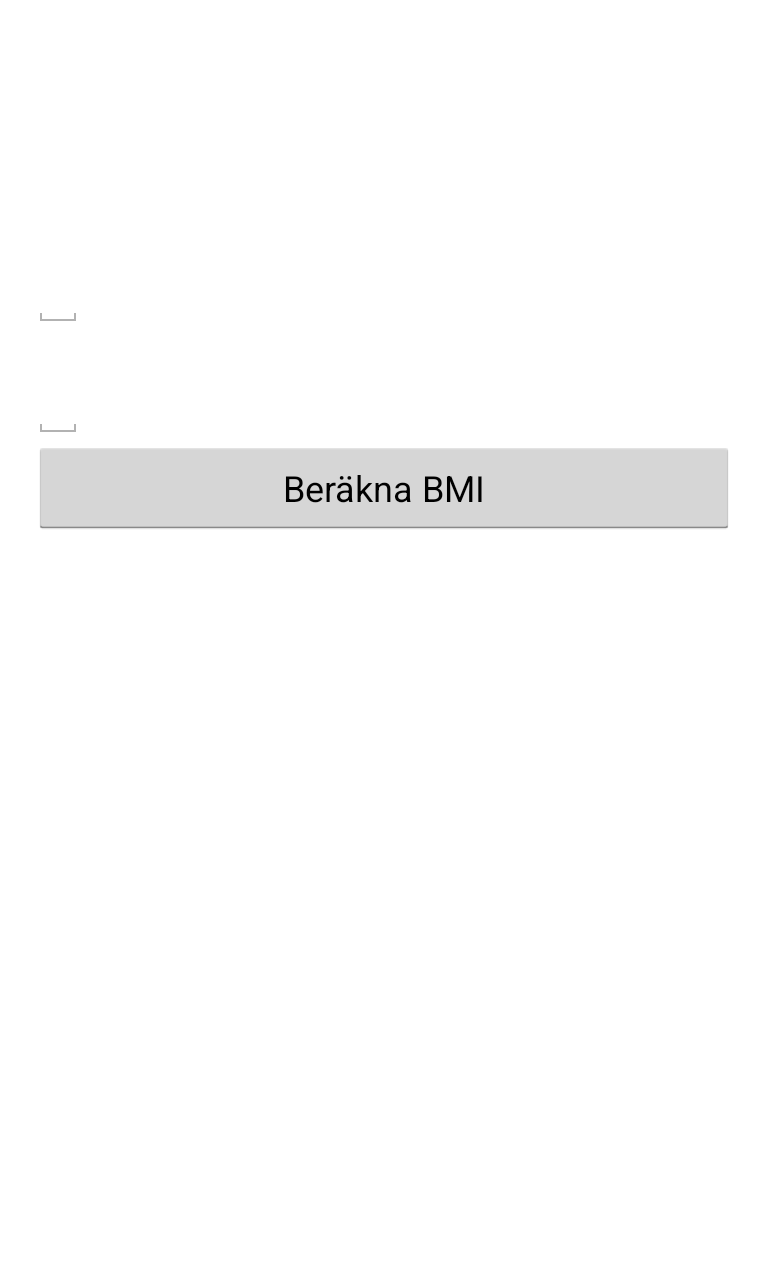
Repository: ek222mw/IDV436_API_Komponent
Layout: labb1_BMI/res/layout/activity_main.xml
An editor plug-in stored every save of this project. The layout is shown before and after the next save, followed by the edit.
It is drawn on a 768 x 1280 px phone screen (xhdpi) without system bars, with theme AppTheme; the app's code is not run.

Above is the layout before, as saved 2014-11-17 13:22:28.

### labb1_BMI/res/layout/activity_main.xml
<LinearLayout xmlns:android="http://schemas.android.com/apk/res/android"
    xmlns:tools="http://schemas.android.com/tools"
    android:orientation="vertical"
    android:layout_width="match_parent"
    android:layout_height="match_parent"
    android:paddingBottom="@dimen/activity_vertical_margin"
    android:paddingLeft="@dimen/activity_horizontal_margin"
    android:paddingRight="@dimen/activity_horizontal_margin"
    android:paddingTop="@dimen/activity_vertical_margin"
    tools:context="com.example.randomize.RandomNum" >


     <TextView
        android:id="@+id/result"
        android:layout_width="wrap_content"
        android:layout_height="wrap_content"
        android:text="@string/result"
        android:layout_gravity="center"
        android:textSize="70sp"
         />

    <EditText android:id="@+id/edit_text"

        android:layout_width="wrap_content"
        android:layout_height="wrap_content"

        android:gravity="center"
        android:textSize="30sp"
        android:hint="@string/edit_text_Length" />

    <EditText android:id="@+id/edit_text_Weight"

        android:layout_width="wrap_content"
        android:layout_height="wrap_content"

        android:gravity="center"
        android:textSize="30sp"
        android:hint="@string/edit_text_Weight" />

    <Button android:id="@+id/Button_Send"
        android:layout_width="match_parent"
        android:layout_height="wrap_content"
        android:layout_gravity="center"
        android:text="@string/button_text" />

</LinearLayout>

### labb1_BMI/res/values/strings.xml
<?xml version="1.0" encoding="utf-8"?>
<resources>

    <string name="app_name">labb1_BMI</string>
    <string name="result"></string>
    <string name="edit_text_Length"></string>
    <string name="edit_text_Weight"></string>
    <string name="button_text">Beräkna BMI</string>
    <string name="action_settings">Settings</string>

</resources>

Loaded but not shown: labb1_BMI/res/values/styles.xml (common file); labb1_BMI/res/values-v11/styles.xml (common file); labb1_BMI/res/values-v14/styles.xml (common file); labb1_BMI/res/values/dimens.xml (common file); labb1_BMI/res/values-w820dp/dimens.xml (common file)

After the next save:
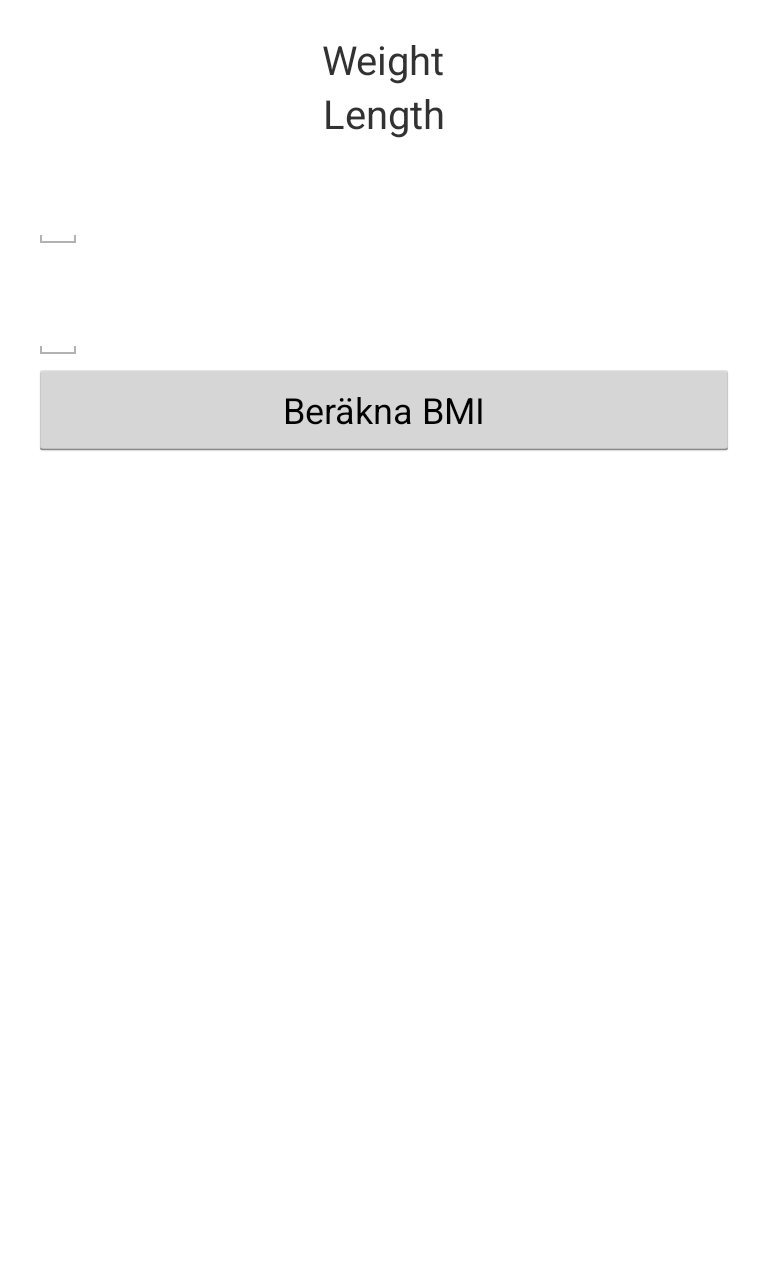
Saved 7 min 4 s later.
--- a/labb1_BMI/res/layout/activity_main.xml
+++ b/labb1_BMI/res/layout/activity_main.xml
@@ -10,13 +10,21 @@
     tools:context="com.example.randomize.RandomNum" >
 
 
-     <TextView
-        android:id="@+id/result"
+
+    <TextView
         android:layout_width="wrap_content"
         android:layout_height="wrap_content"
-        android:text="@string/result"
+        android:text="@string/weight"
         android:layout_gravity="center"
-        android:textSize="70sp"
+        android:textSize="20sp"
+         />
+     <TextView
+
+        android:layout_width="wrap_content"
+        android:layout_height="wrap_content"
+        android:text="@string/height"
+        android:layout_gravity="center"
+        android:textSize="20sp"
          />
 
     <EditText android:id="@+id/edit_text"
--- a/labb1_BMI/res/values/strings.xml
+++ b/labb1_BMI/res/values/strings.xml
@@ -3,7 +3,9 @@
 
     <string name="app_name">labb1_BMI</string>
     <string name="result"></string>
+    <string name="height">Length</string>
     <string name="edit_text_Length"></string>
+    <string name="weight">Weight</string>
     <string name="edit_text_Weight"></string>
     <string name="button_text">Beräkna BMI</string>
     <string name="action_settings">Settings</string>
